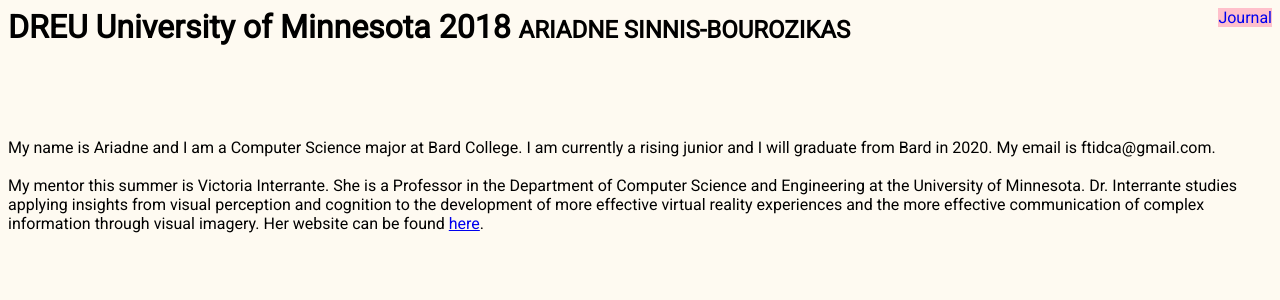
Repository: ariadnesb/dreu2018
Page: index.html
The author's editor kept a record of every edit. The page is drawn from the files as they stood at one moment, then again after the next edit.
The browser window is 1280 px wide. The pictures show the whole page.

Above is the page before.

### index.html
<!DOCTYPE html>
<html>
    <head>
        <title>It's me</title>
        <link rel="stylesheet" href="styles.css">
        <link href="https://fonts.googleapis.com/css?family=Roboto" rel="stylesheet">
    </head>

    <body>
        <div id="header">
            <h1>DREU University of Minnesota 2018 </h1>
            <h2>ARIADNE SINNIS-BOUROZIKAS</h2>

            <ul class="nav-bar">
                <li><a href="./journal.html">Journal</a></li>
                <!-- <li><a href="/contact.html">Contact</a></li> -->

        </div>


        <br><br>
        <br><br>



        <p>
        My name is Ariadne and I am a Computer Science major at Bard College. I am currently
        a rising junior and I will graduate from Bard in 2020. My email is ftidca@gmail.com.
        <br><br>
        My mentor this summer is Victoria Interrante. She is a Professor in the Department
        of Computer Science and Engineering at the University of Minnesota. Dr. Interrante
        studies applying insights from visual perception and cognition to the development
        of more effective virtual reality experiences and the more effective communication
        of complex information through visual imagery. Her website can be found
        <span id="emb_link"><a href="http://www-users.cs.umn.edu/~interran/">here</a></span>.

        </p>

        <!--- divs and spans can have 1 id but many classes

        <h2>Sub header</h2>
        <h6>smol</h6>

        <div id="custom-id">
            Div tag item
        </div>
        Non div tag item

        <br><br>
        <span class="custom-class">Hello</span> world
        -->


    </body>

</html>

### styles.css
html {
  /* everything that u put here will impact contents of <html>
  aka everything */
  font-family: 'Roboto', sans-serif;
  background-color: #FEFAF1;

}

#custom-id {
    background-color: black;
    color: white;
}

.custom-class{
    color: blue;
    display: inline;

}

#name {
    color: #66D167;
}

#header h1 {
    display: inline;
}

#header h2 {
    display: inline;
}

#header .nav-bar  {
    display: inline;
    float: right;
    list-style-type: none;
    margin: 0;
    padding: 0;

}

#header ul.nav-global{
    position: absolute;
    right:0;
    display: inline;
    list-style: none;
    margin: 0;
    padding-right: 1em;
}

#header li {
    display: inline;
    padding: 0;
    background-color: pink;
}

#header a {
    text-decoration: none;
    display: inline;

}

#header a:hover {
    background-color: black;
    display: inline;
    color:white;
}

After the next edit:
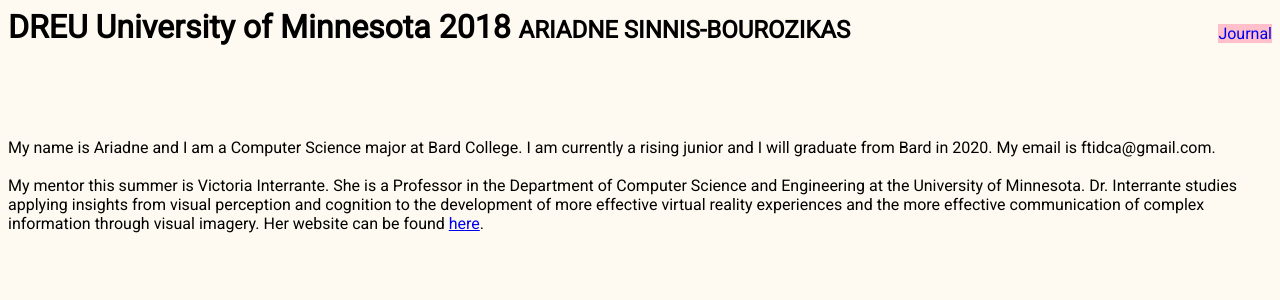
The edit:
--- a/styles.css
+++ b/styles.css
@@ -33,7 +33,7 @@
     display: inline;
     float: right;
     list-style-type: none;
-    margin: 0;
+    /*margin: 0;*/
     padding: 0;
 
 }
